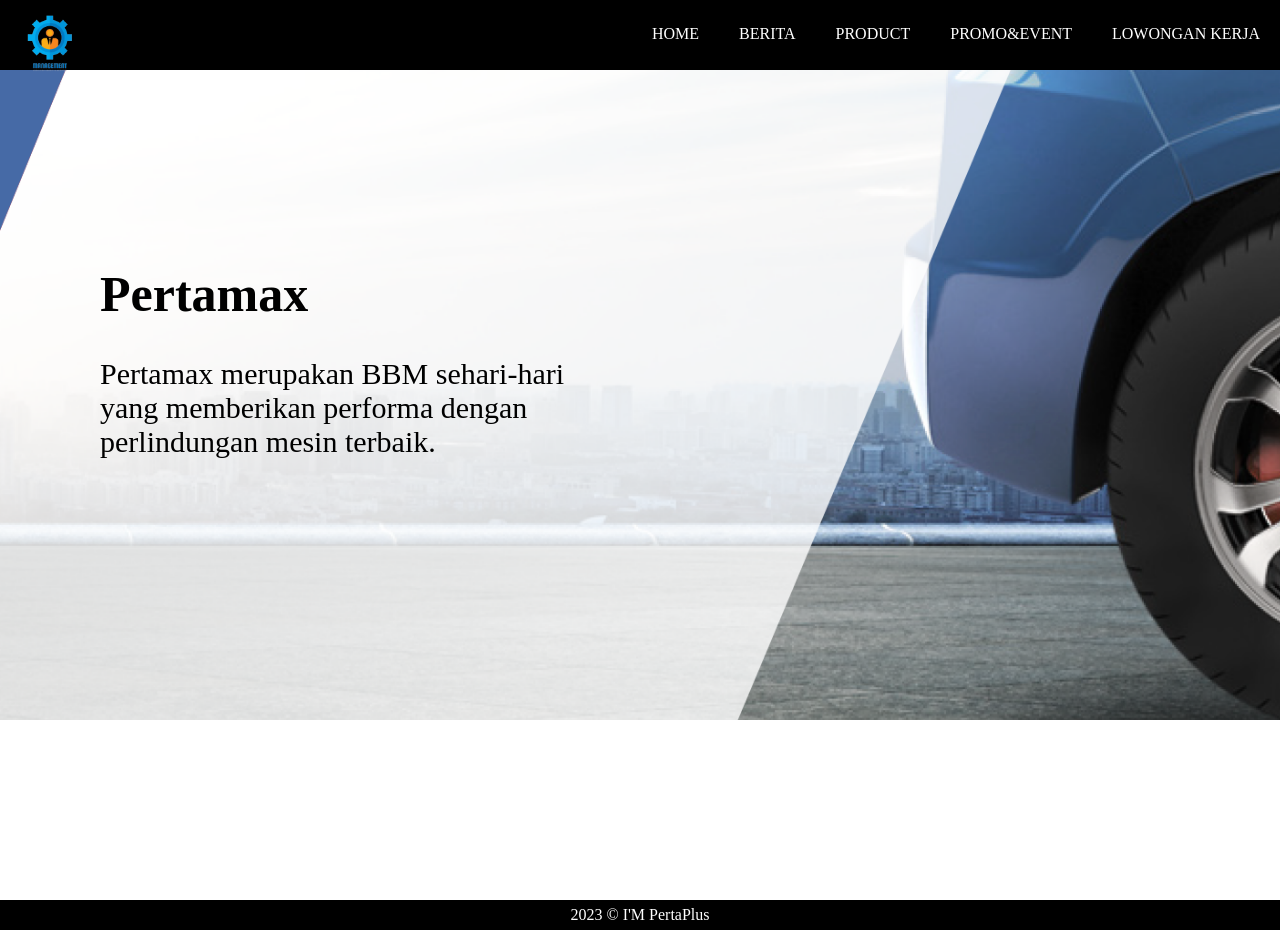
Repository: rizalardi34/project-mypertaplus
Page: pertamax.html
An editor plug-in stored every save of this project. The page is shown before and after the next save, followed by the edit.
The browser window is 1280 px wide. The pictures show the whole page.

Above is the page before, as saved 2023-04-25 13:10:17.

### pertamax.html
<html>
    <head>
        <title>Management Karyawan</title>
    </head>
    <body style="margin: 0; padding: 0; height: 100%;">
        <div>
            <div>
                <nav style="width:100%; background-color: black; position: fixed; top:0; height: 70px; display: flex; justify-content:space-between;">
                    <div class="logo">
                        <img src="logo.png" style="padding-top: 0px; padding-left: 10px; width: 80px;" >
                    </div>
                    <ul style="display: flex; list-style-type: none; line-height: 35px;">
                        <li><a href="./home.html" style="text-decoration: none; color:white; padding: 0px 20px;">HOME</a></li>
                        <li><a href="./profile.html" style="text-decoration: none; color:white; padding: 0px 20px; ">BERITA</a></li>
                        <li><a href="./product.html" style="text-decoration: none; color:white; padding: 0px 20px; ">PRODUCT</a></li>
                        <li><a href="dataKaryawan.html" style="text-decoration: none; color:white; padding: 0px 20px; ">PROMO&EVENT</a></li>
                        <li><a href="#" style="text-decoration: none; color:white; padding: 0px 20px; ">LOWONGAN KERJA</a></li>
                    </ul>
                </nav>
            </div>
            <div style="background-image: url(Main.png); background-repeat: no-repeat; background-size: cover; height: 100%;width: 100%; display: flex; justify-content: center; align-items: center;">
                <div style=" height: 100%; width: 100%; display: flex; justify-content: start; align-items: center; padding-left: 100px;">
                    <div style="width: 40%;">
                        <h1 style=" font-size: 50px; ">Pertamax</h1>
                        <p style=" font-size: 30px; ">Pertamax merupakan BBM sehari-hari yang memberikan performa dengan perlindungan mesin terbaik.</p>
                    </div>
                </div>
            </div>
            <div style="margin-top: 25vh;background-color: black;height: 30px;display: flex;justify-content: center;align-items: center;color: white;">
                <p>2023 © I'M PertaPlus</p>
            </div>
        </div>
    </body>
</html>

After the next save:
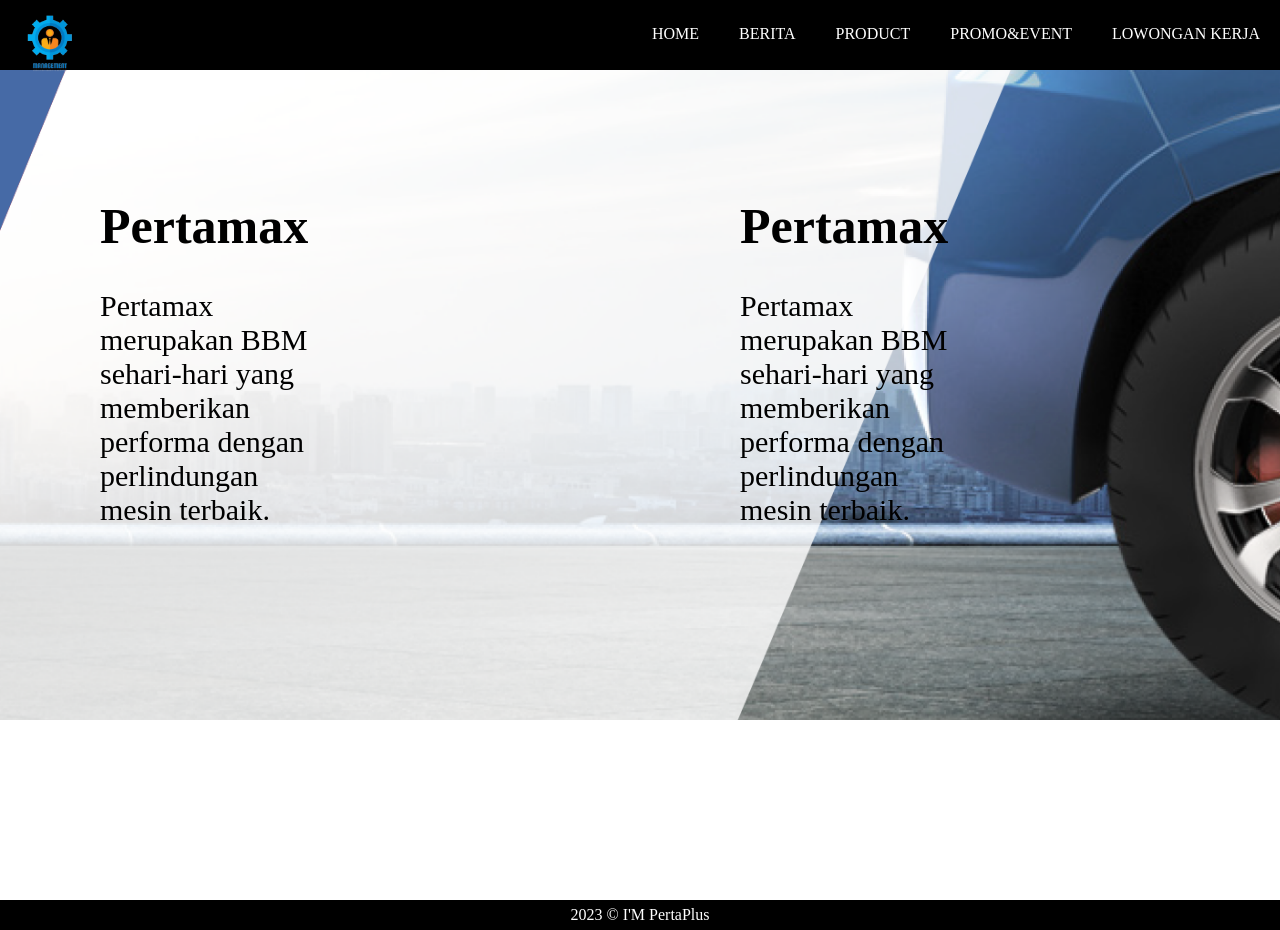
Saved 4 s later.
--- a/pertamax.html
+++ b/pertamax.html
@@ -25,6 +25,12 @@
                         <p style=" font-size: 30px; ">Pertamax merupakan BBM sehari-hari yang memberikan performa dengan perlindungan mesin terbaik.</p>
                     </div>
                 </div>
+                <div style=" height: 100%; width: 100%; display: flex; justify-content: start; align-items: center; padding-left: 100px;">
+                    <div style="width: 40%;">
+                        <h1 style=" font-size: 50px; ">Pertamax</h1>
+                        <p style=" font-size: 30px; ">Pertamax merupakan BBM sehari-hari yang memberikan performa dengan perlindungan mesin terbaik.</p>
+                    </div>
+                </div>
             </div>
             <div style="margin-top: 25vh;background-color: black;height: 30px;display: flex;justify-content: center;align-items: center;color: white;">
                 <p>2023 © I'M PertaPlus</p>
